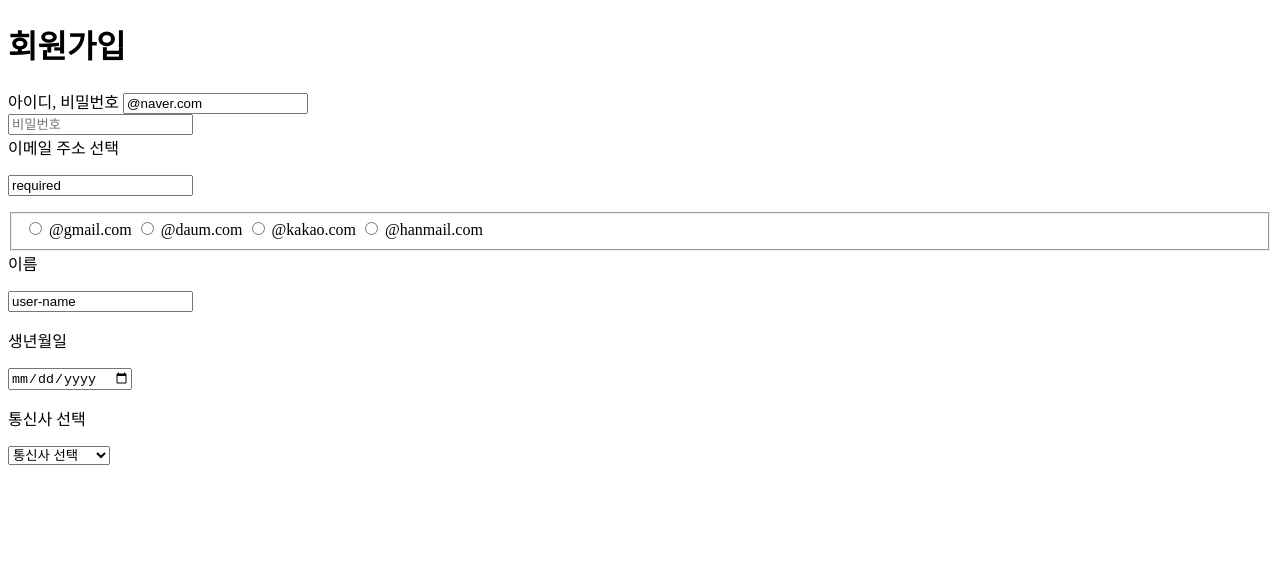
Repository: guswnsdldl/gb
Page: html workspace/h_form/src/main/webapp/join.html
An editor plug-in stored every save of this project. The page is shown before and after the next save, followed by the edit.
The browser window is 1280 px wide. The pictures show the whole page.

Above is the page before, as saved 2024-08-06 07:57:24.

### html workspace/h_form/src/main/webapp/join.html
<!DOCTYPE html>
<html>
<head>
<meta charset="UTF-8">
<title>join</title>
</head>
<body>
<h1>회원가입</h1>
<form>
<div> 아이디, 비밀번호
<input type="text" name="user-id" placeholder="아이디" value="@naver.com" required><br>
<input type="password" name="user-password" placeholder="비밀번호">
</div>
<div> 이메일 주소 선택
<p><input type="text" name="user-email" placeholder="이메일 입력" value= required><fieldset>
 <label><input type="radio" name="email" value="@gmail.com">
            @gmail.com</label>
  <label><input type="radio" name="email" value="@daum.com">
            @daum.com</label>
  <label><input type="radio" name="email" value="@kakao.com">
            @kakao.com</label>
  <label><input type="radio" name="email" value="@hanmail.com">
            @hanmail.com</label>
</fieldset>

</div> 이름
<div>
<p><input type="text" name="user-name" placeholder="실명" value="user-name" required><br>
</div>
<div>	생년월일
        <p> <input type="date">
</div>

<div>통신사 선택
<p><select name="select-tel">
            <option value="" selected>통신사 선택</option>
            <option value="computer">KT</option>
            <option value="model">SKT</option>
            <option value="nurse">LG U+</option>
            <option value="music">KT 알뜰폰</option>
            <option value="mechanic">SKT 알뜰폰</option>
             <option value="mechanic">LG U+ 알뜰폰</option>
   </select>
</div>

</form>

</body>
</html>

After the next save:
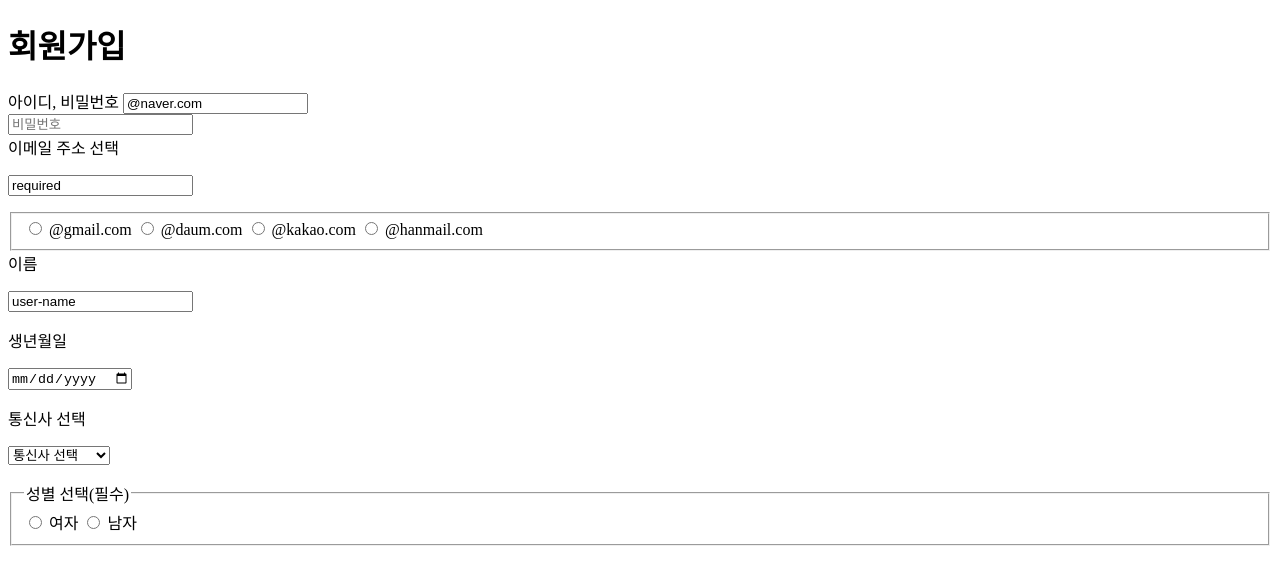
Saved 2 min 8 s later.
--- a/html workspace/h_form/src/main/webapp/join.html
+++ b/html workspace/h_form/src/main/webapp/join.html
@@ -42,7 +42,19 @@
              <option value="mechanic">LG U+ 알뜰폰</option>
    </select>
 </div>
+<div>
+<fieldset>
+         <legend>성별 선택(필수)</legend>
+          <label> <input type="radio" name="gender" value="여자">
+            여자
+         </label><label> <input type="radio" name="gender" value="남자">
+            남자
+         </label>
+      </fieldset>
 
+
+
+</div>
 </form>
 
 </body>
